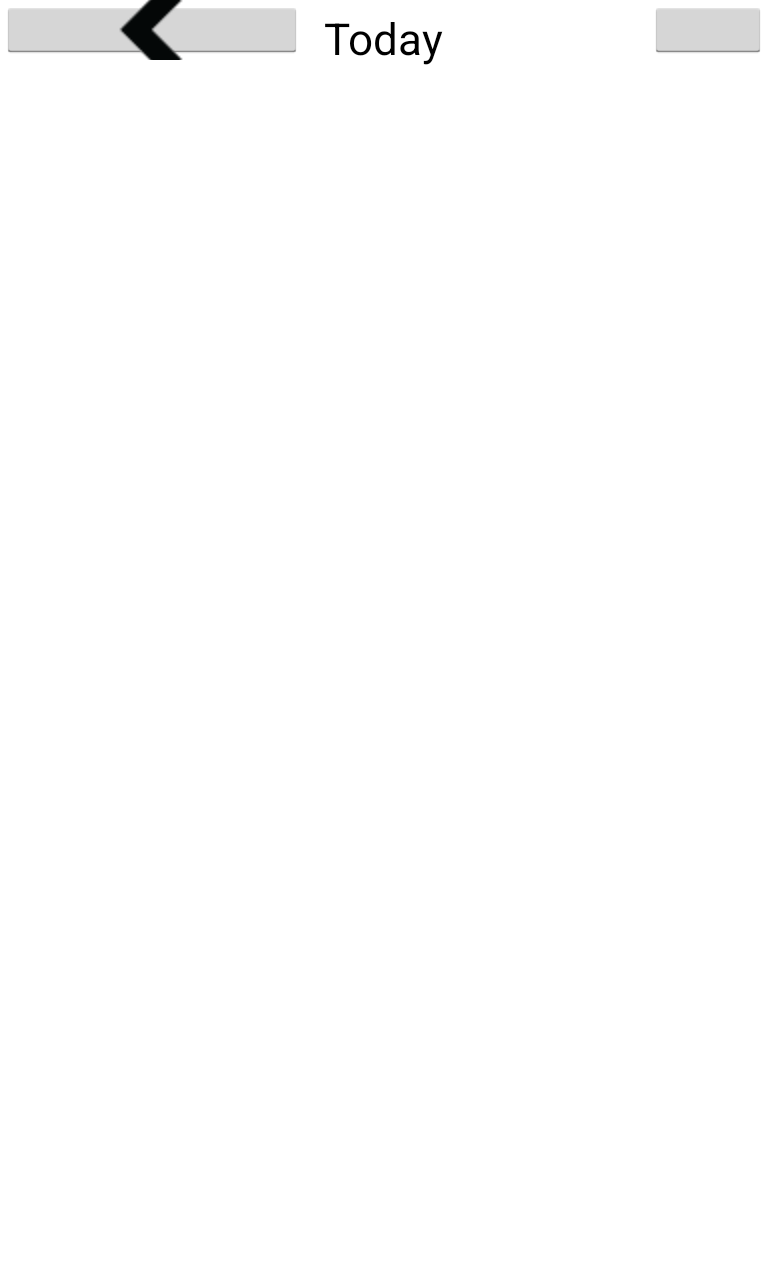
Repository: ranika/pilltracker
Layout: PillTracker/res/layout/fragment_med_log.xml
An editor plug-in stored every save of this project. The layout is shown before and after the next save, followed by the edit.
It is drawn on a 768 x 1280 px phone screen (xhdpi) without system bars, with theme AppTheme; the app's code is not run.

Above is the layout before, as saved 2014-04-10 03:31:05.

### PillTracker/res/layout/fragment_med_log.xml
<RelativeLayout xmlns:android="http://schemas.android.com/apk/res/android"
    android:layout_width="fill_parent"
    android:layout_height="fill_parent" >

    <Button
        android:id="@+id/button1"
        style="?android:attr/buttonStyleSmall"
        android:layout_width="wrap_content"
        android:layout_height="30dp"
        android:layout_alignParentLeft="true"
        android:layout_alignParentTop="true"
        android:drawableRight="@drawable/arrow_left"/>

    <Button
        android:id="@+id/button2"
        android:layout_width="60dp"
        android:layout_height="30dp"
        android:layout_alignParentRight="true"
        android:layout_alignParentTop="true"
        android:drawableRight="@drawable/arrow_right" />

    <TextView
        android:id="@+id/textView1"
        android:layout_width="wrap_content"
        android:layout_height="wrap_content"
        android:layout_alignBaseline="@+id/button2"
        android:layout_alignBottom="@+id/button2"
        android:layout_centerHorizontal="true"
        android:text="@string/today"
        android:textAppearance="?android:attr/textAppearanceLarge" />

</RelativeLayout>

### PillTracker/res/values/strings.xml
<?xml version="1.0" encoding="utf-8"?>
<resources>

    <string name="app_name">Pill Tracker</string>
    <string name="action_settings">Settings</string>
    <string name="med_log">Medication Log</string>
    <string name="prescriptions">Prescriptions</string>
    <string name="reminders">Reminders</string>
    <string name="doctors">Doctors</string>
    <string name="pharmacies">Pharmacies</string>
    <string name="notes">Notes</string>
    <string name="settings">Settings</string>

    <color name="black">#CCCCCC</color>

    <string name="title_activity_med_log">Medication Log</string>
    <string name="today">Today</string>
    <string name="10am">10 AM</string>
    <string name="pill">Pill</string>
    <string name="vitamin">Vitamin</string>
    <string name="10pm">10 PM</string>
    <string name="nasal">Nasal Spray</string>

</resources>

Loaded but not shown: PillTracker/res/values/styles.xml (common file); PillTracker/res/values-v11/styles.xml (common file); PillTracker/res/values-v14/styles.xml (common file)

After the next save:
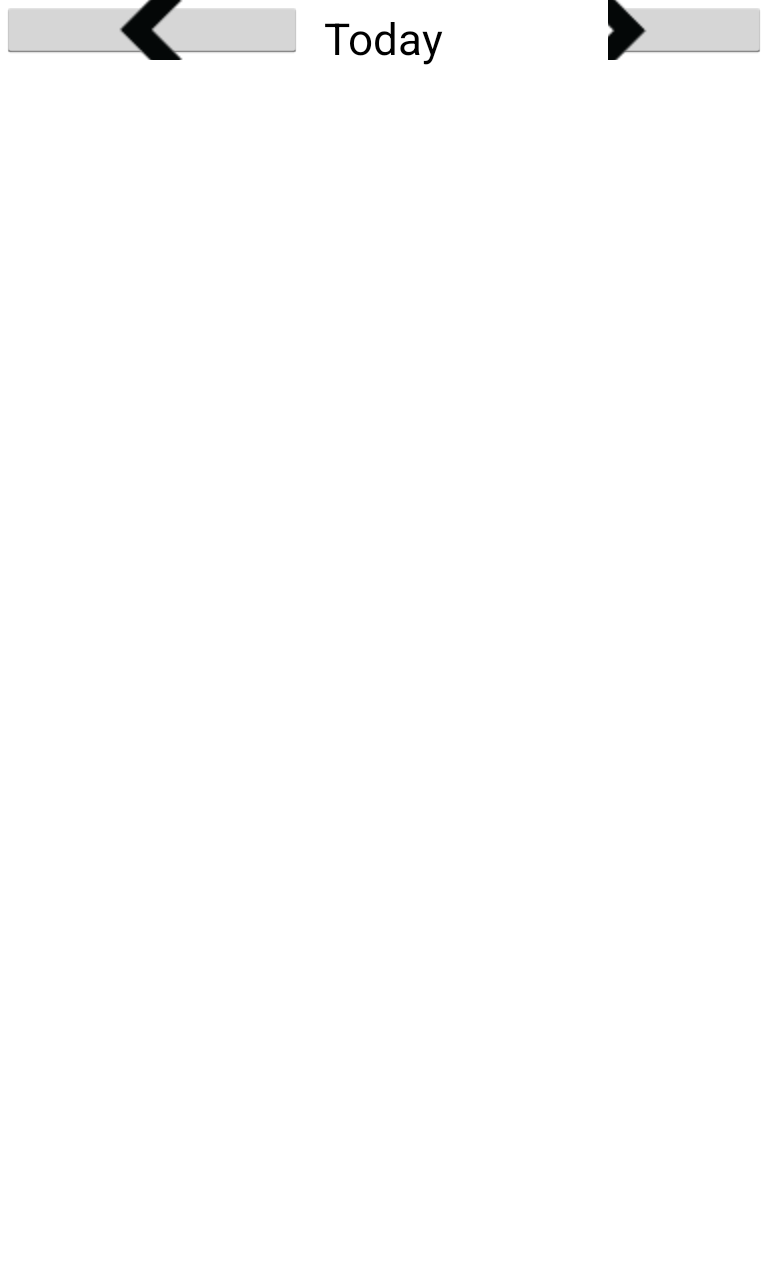
Saved 7 s later.
--- a/PillTracker/res/layout/fragment_med_log.xml
+++ b/PillTracker/res/layout/fragment_med_log.xml
@@ -13,7 +13,7 @@
 
     <Button
         android:id="@+id/button2"
-        android:layout_width="60dp"
+        android:layout_width="80dp"
         android:layout_height="30dp"
         android:layout_alignParentRight="true"
         android:layout_alignParentTop="true"
